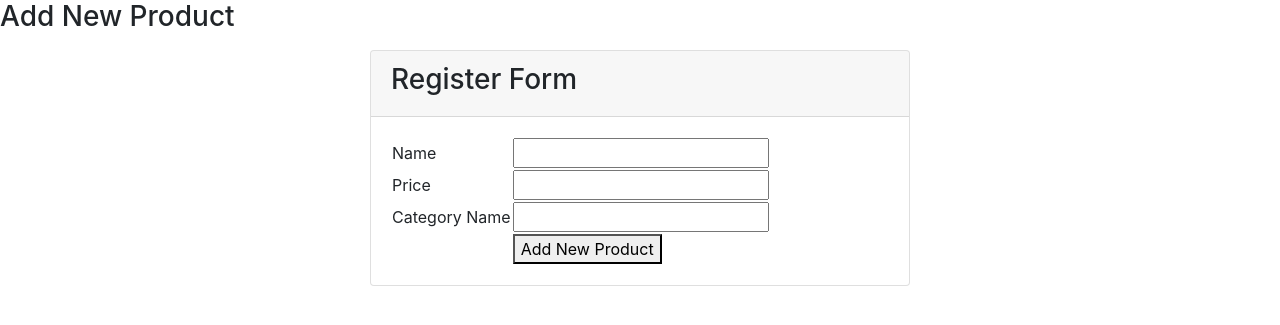
Repository: HsuMon123/Testing-Java-EE
Page: http://localhost/04-jsp-java-bean/
The author's editor kept a copy of each file at every save. The page is drawn from the files as they stood at one save, then again after the next save.
The browser window is 1280 px wide. The pictures show the whole page.
The page is served by Tomcat 9. Other server files are loaded and not shown.

Above is the page before, as saved 2020-12-17 11:53:51.

### 04-jsp-java-bean/src/main/webapp/index.jsp
<%@ page language="java" contentType="text/html; charset=ISO-8859-1"
    pageEncoding="ISO-8859-1"%>
<!DOCTYPE html>
<html>
<head>
<meta charset="ISO-8859-1">
<title>Add New Product</title>
<link href="./common/css/bootstrap.min.css" rel="stylesheet" type="text/css"/>
<script type="text/javascript" src="./common/js/jquery.min.js"></script>
<script type="text/javascript" src="./common/js/bootstrap.min.js"></script>

</head>
<body>
	<h3>Add New Product</h3>


	<div class="container">
		<div class="row mt-3">
			<div class="col-6 offset-3">
				<div class="card">
				<div class="card-header">
					<h3>Register Form</h3>
				</div>
				<div class="card-body">
					<form action="create-product.jsp">
		<table>
			<tr>
				<td>Name</td>
				<td>
					<input type="text" name="name"/>
				</td>
			</tr>
			<tr>
				<td>Price</td>
				<td>
					<input type="number" name="price"/>
				</td>
			</tr>
			<tr>
				<td>Category Name</td>
				<td>
					<input type="text" name="catName" />
				</td>
			</tr>
			<tr>
				<td></td>
				<td>
					<button type="submit">Add New Product</button>
				</td>
			</tr>
		</table>
	</form>
				</div>
			</div>
			</div>
		</div>
	</div>

</body>
</html>

Loaded but not shown: 04-jsp-java-bean/src/main/webapp/common/css/bootstrap.min.css (library); 04-jsp-java-bean/src/main/webapp/common/js/jquery.min.js (library); 04-jsp-java-bean/src/main/webapp/common/js/bootstrap.min.js (library)

After the next save:
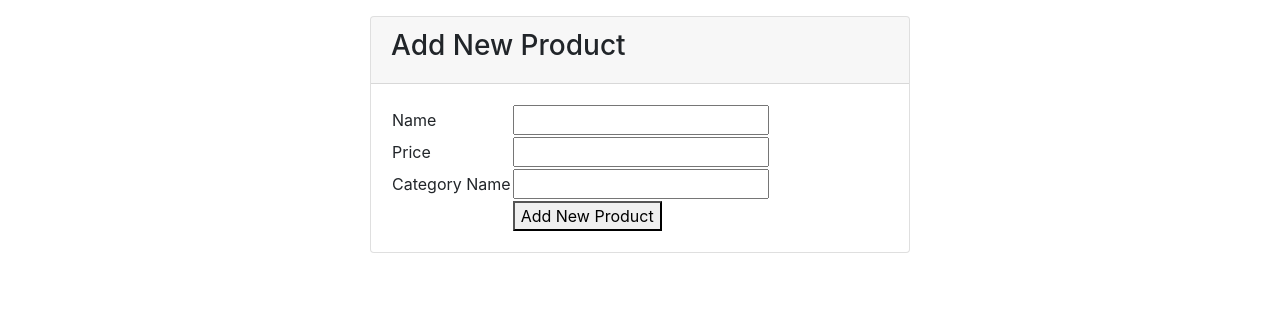
Saved 13 s later.
--- a/04-jsp-java-bean/src/main/webapp/index.jsp
+++ b/04-jsp-java-bean/src/main/webapp/index.jsp
@@ -11,15 +11,13 @@
 
 </head>
 <body>
-	<h3>Add New Product</h3>
-
 
 	<div class="container">
 		<div class="row mt-3">
 			<div class="col-6 offset-3">
 				<div class="card">
 				<div class="card-header">
-					<h3>Register Form</h3>
+					<h3>Add New Product</h3>
 				</div>
 				<div class="card-body">
 					<form action="create-product.jsp">
